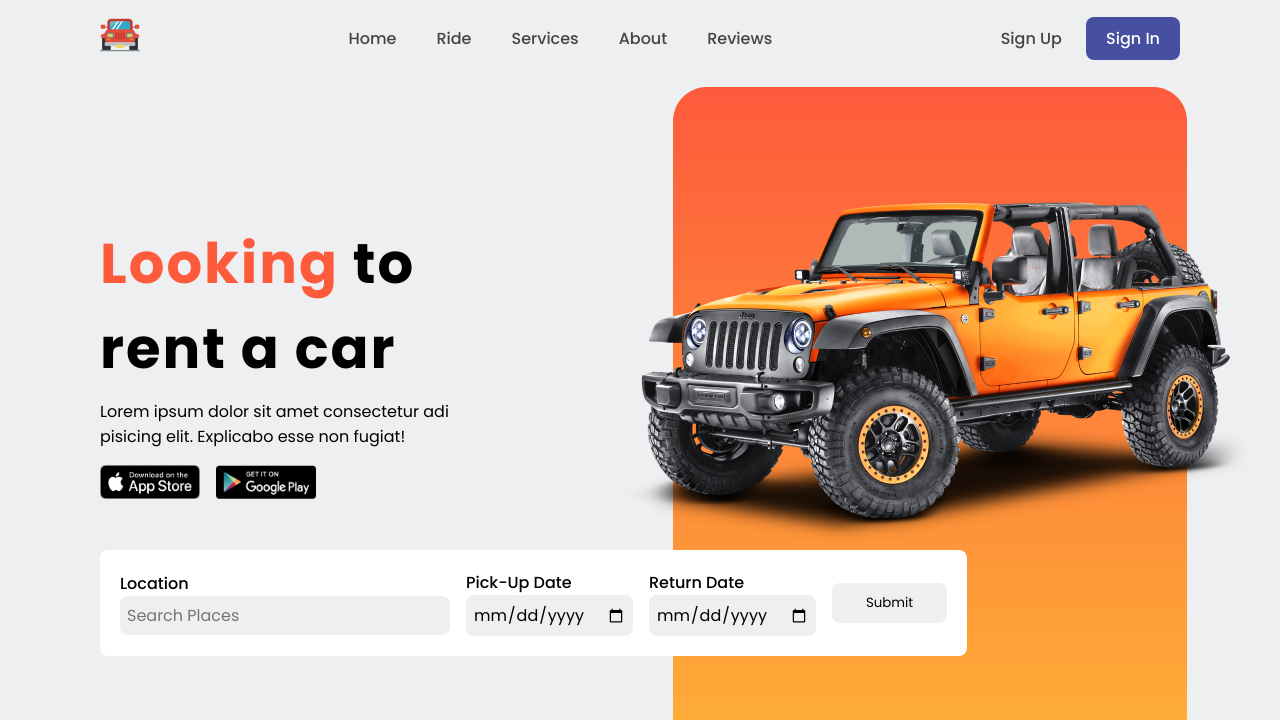
Repository: douglasabnovato/car-rental
Page: index.html
These files come from the project's save history. The page is drawn as it stood at one moment and after the next save; the edit follows.
The browser window is 1280 px wide. The pictures show the whole page.

Above is the page before, as saved 2025-05-16 12:47:48.

### index.html
<!DOCTYPE html>
<html lang="en">
  <head>
    <meta charset="UTF-8" />
    <meta name="viewport" content="width=device-width, initial-scale=1.0" />
    <title>Car Rental</title>
    <link
      rel="stylesheet"
      href="https://cdn.jsdelivr.net/npm/boxicons@latest/css/boxicons.min.css"
    />
    <link rel="stylesheet" href="./style.css" />
  </head>
  <body>
    <!-- Header -->
    <header>
      <a href="#" class="logo"
        ><img src="./assets/jeep.png" alt="logo da car rental" srcset=""
      /></a>
      <div class="bx bx-menu" id="menu-icon"></div>
      <ul class="navbar">
        <li><a href="#home">Home</a></li>
        <li><a href="#ride">Ride</a></li>
        <li><a href="#services">Services</a></li>
        <li><a href="#about">About</a></li>
        <li><a href="#reviews">Reviews</a></li>
      </ul>
      <div class="header-btn">
        <a href="#" class="sign-up">Sign Up</a>
        <a href="#" class="sign-in">Sign In</a>
      </div>
    </header>

    <!-- Home -->
    <section class="home" id="home">
      <div class="text">
        <h1>
          <span>Looking</span> to <br />
          rent a car
        </h1>
        <p>
          Lorem ipsum dolor sit amet consectetur adi <br />
          pisicing elit. Explicabo esse non fugiat!
        </p>
        <div class="app-stores">
          <img src="./assets/ios.png" alt="" />
          <img src="./assets/play.png" alt="" />
        </div>
      </div>
      <div class="form-container">
        <form action="">
          <div class="input-box">
            <span>Location</span>
            <input type="search" name="" id="" placeholder="Search Places" />
          </div>
          <div class="input-box">
            <span>Pick-Up Date</span>
            <input type="date" name="" id="" />
          </div>
          <div class="input-box">
            <span>Return Date</span>
            <input type="date" name="" id="" />
          </div>
          <input type="submit" name="" id="" class="btn"/>
        </form>
      </div>
    </section>

    <!-- Link to JS -->
    <script src="./script.js"></script>
  </body>
</html>

### style.css
@import url("https://fonts.googleapis.com/css2?family=Noto+Sans:ital,wght@0,100..900;1,100..900&family=Poppins:ital,wght@0,100;0,200;0,300;0,400;0,500;0,600;0,700;0,800;0,900;1,100;1,200;1,300;1,400;1,500;1,600;1,700;1,800;1,900&display=swap");

* {
  margin: 0;
  padding: 0;
  box-sizing: border-box;
  scroll-padding-top: 2rem;
  scroll-behavior: smooth;
  list-style: none;
  text-decoration: none;
  font-family: "Poppins", sans-serif;
}

:root {
  --main-color: #fe5b3d;
  --second-color: #ffac38;
  --text-color: #444;
  --gradient: linear-gradient(#fe5b3d, #ffac38);
}

html::-webkit-scrollbar {
  width: 0.5rem;
}

html::-webkit-scrollbar-track {
  background: transparent;
}

html::-webkit-scrollbar-thumb {
  background: var(--main-color);
  border-radius: 5rem;
}

section {
  padding: 50px 100px;
}

/* Header */

header {
  position: fixed;
  width: 100%;
  top: 0;
  right: 0;
  z-index: 1000;
  display: flex;
  align-items: center;
  justify-content: space-between;
  background: #eeeff1;
  padding: 15px 100px;
}

.logo img {
  width: 40px;
}

.navbar {
  display: flex;
}

.navbar li {
  position: relative;
}

.navbar a {
  font-size: 1rem;
  padding: 10px 20px;
  color: var(--text-color);
  font-weight: 500;
}

.navbar a:after {
  content: "";
  width: 0;
  height: 3px;
  background: var(--gradient);
  position: absolute;
  bottom: -4px;
  left: 0;
  transition: 0.5s;
}

.navbar a:hover::after {
  width: 100%;
}

#menu-icon {
  font-size: 24px;
  cursor: pointer;
  z-index: 10001;
  display: none;
}

.header-btn a {
  padding: 10px 20px;
  color: var(--text-color);
  font-weight: 500;
}

.header-btn .sign-in {
  background: #474fa0;
  color: #fff;
  border-radius: 0.5rem;
}

.header-btn .sign-in:hover {
  background: var(--main-color);
}

/* Home */
.home {
  width: 100%;
  min-height: 100vh;
  position: relative;
  background: url(./assets/Car\ Website\ –\ 1@2x.png);
  background-repeat: no-repeat;
  background-position: center right;
  background-size: cover;
  display: grid;
  align-items: center;
  grid-template-columns: repeat(2, 1fr);
}

.text h1 {
  font-size: 3.5rem;
  letter-spacing: 2px;
}

.text span {
  color: var(--main-color);
}

.text p {
  margin: 0.5rem 0 1rem;
}

.app-stores {
  display: flex;
}

.app-stores img {
  width: 100px;
  margin-right: 1rem;
  cursor: pointer;
}

.form-container form {
    display: flex;
    flex-wrap: wrap;
    align-items: center;
    gap: 1rem;
    position: absolute;
    bottom: 4rem;
    left: 100px;
    background: #fff;
    padding: 20px;
    border-radius: 0.5rem;
}

.input-box {
    flex: 1 1 7rem;
    display: flex;
    flex-direction: column;
}

.input-box span {
    font-weight: 500;
}

.input-box input {
    padding: 7px;
    outline: none;
    border: none;
    background: #eeeff1;
    border-radius: .5rem;
    font-size: 1rem;
}

.form-container form .btn {
    flex: 1 1 7rem;
    padding: 10px 34px;
    border: none;
    border-radius: .5rem;
}

Loaded but not shown: script.js (no stored copy; drawn as an empty file)

After the next save:
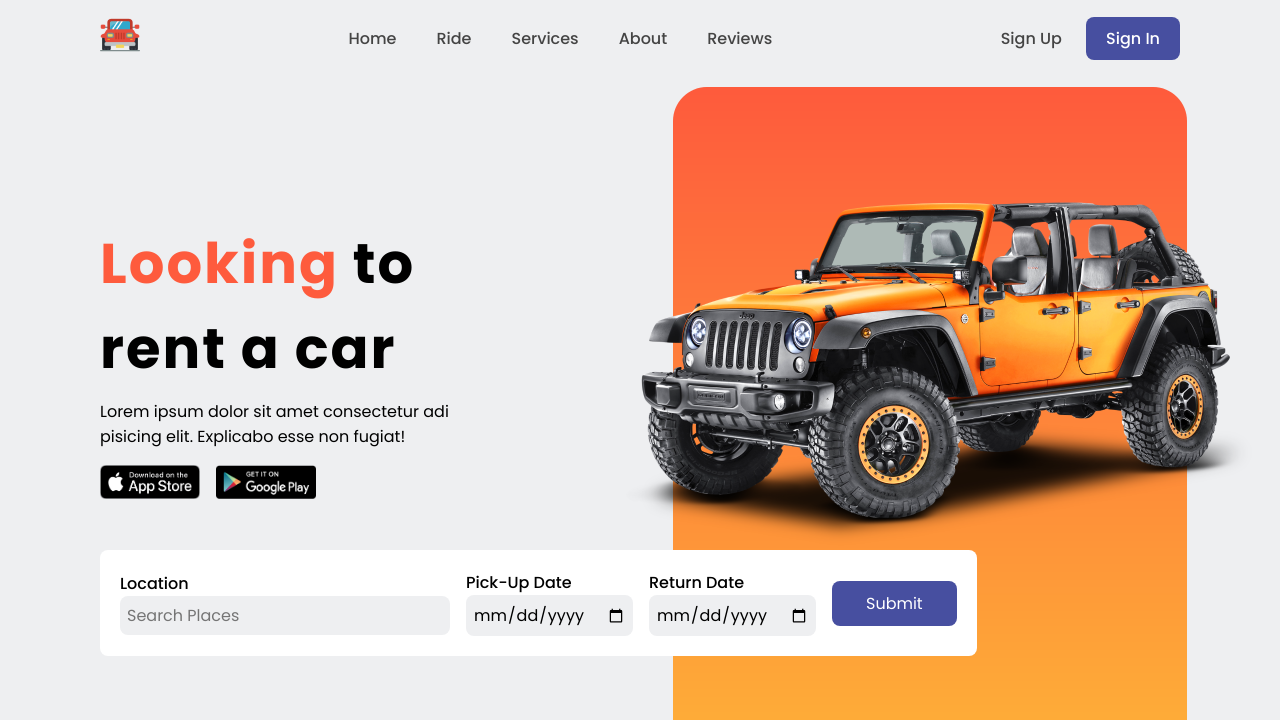
Saved 55 s later.
--- a/style.css
+++ b/style.css
@@ -181,4 +181,7 @@ header {
     padding: 10px 34px;
     border: none;
     border-radius: .5rem;
+    background: #474fa0;
+    color: #fff;
+    font-size: 1rem;
 }
